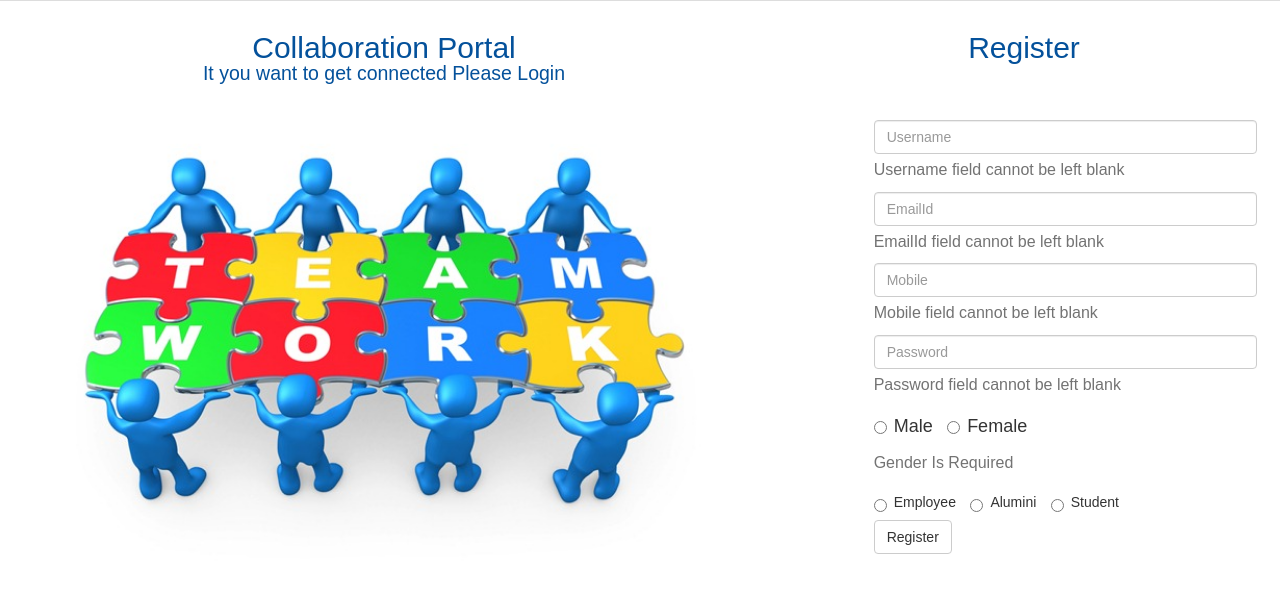
Repository: KaustubhKamat/CollaborationPlatform
Page: CollaborationFrontEnd/WebContent/c_user/Register.html
The author's editor kept a copy of each file at every save. The page is drawn from the files as they stood at one save, then again after the next save.
The browser window is 1280 px wide. The pictures show the whole page.
Some web libraries are served in a nearby version.

Above is the page before, as saved 2017-03-03 10:59:00.

After the next save:
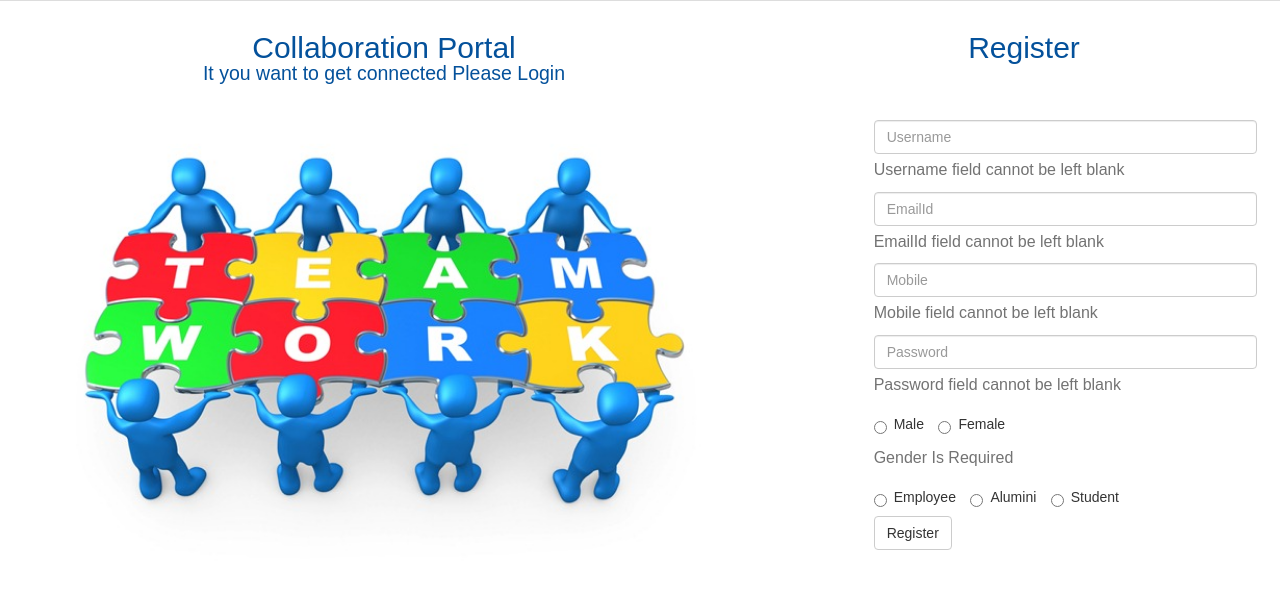
Saved 42 s later.
--- a/CollaborationFrontEnd/WebContent/c_user/Register.html
+++ b/CollaborationFrontEnd/WebContent/c_user/Register.html
@@ -96,10 +96,10 @@ h2 {
   <div class="form-group" ng-class="{'has-error' : form.gender.$dirty && form.gender.$error.required}">
    <div class="col-sm-offset-2 col-sm-10">
     <label class="radio-inline">
-     <h4> <input type="radio" name="gender" ng-model="ctrl.user.gender" id="gender" ng-value="'Male'">Male</h4>
+     <h5> <input type="radio" name="gender" ng-model="ctrl.user.gender" id="gender" ng-value="'Male'">Male</h5>
     </label>
     <label class="radio-inline">
-   <h4>   <input type="radio" name="gender" ng-model="ctrl.user.gender" id="gender" ng-value="'Female'">Female</h4>
+   <h5>   <input type="radio" name="gender" ng-model="ctrl.user.gender" id="gender" ng-value="'Female'">Female</h5>
     </label>
           <span ng-show="form.gender.$dirty && form.gender.$error.required" class="help-block">Gender Is Required</span>
 
